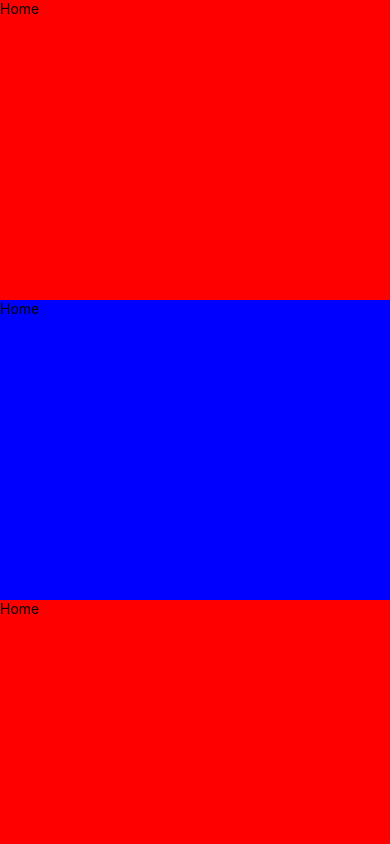
Repository: raisingh22/NetFlixClone
Screen: /
The author's editor kept a copy of each file at every save. The screen is drawn from the files as they stood at one save, then again after the next save.
An inner scrolling area shows only its first screen. The app was drawn by React Native's web renderer in a window 390 px wide. The project was rebuilt for these pictures with package versions that can differ from the ones it lists, and the page was loaded fresh each time.

Above is the screen before, as saved 2024-01-12 18:48:58.

### App.js
import { View, Text } from 'react-native'
import React from 'react'

import { NavigationContainer } from '@react-navigation/native';
import AppNavigator from './src/navigator/AppNavigator';
const App = () => {
  return (
   <NavigationContainer>
    <AppNavigator/>
   </NavigationContainer>
  )
}

export default App

### src/navigator/AppNavigator.js
import { View, Text } from 'react-native'
import React from 'react'
import { createNativeStackNavigator } from '@react-navigation/native-stack';
import Home from '../screens/Home/Home';
import Splash from '../screens/Splash/Splash';

const Stack = createNativeStackNavigator();
const AppNavigator = () => {
  return (
    <Stack.Navigator initialRouteName='Splash' screenOptions={{
      headerShown: false
    }}>
      <Stack.Screen name="Home" component={Home} />
      <Stack.Screen name='Splash' component={Splash} />
    </Stack.Navigator>
  )
}

export default AppNavigator

### src/screens/Home/Home.js
import { Dimensions, ScrollView, StyleSheet, Text, View } from 'react-native'
import React from 'react'
import { myColor } from '../../utils/Theme'

const Home = () => {
  return (
    <View style={styles.container}>
      <ScrollView style={styles.scrollView}>
        <View style={{
          backgroundColor:'red',
          // width:"300%",
          // flex:1,
          height:300
        }}>
        <Text style={{color: myColor.primary}}>Home</Text>
        </View>
        <View style={{
          backgroundColor:'blue',
          // width:"300%",
          // flex:1,
          height:300
        }}>
        <Text style={{color: myColor.primary}}>Home</Text>
        </View>
        <View style={{
          backgroundColor:'red',
          // width:"300%",
          // flex:1,
          height:300
        }}>
        <Text style={{color: myColor.primary}}>Home</Text>
        </View>

      </ScrollView>
    </View>
  )
}

export default Home

const styles = StyleSheet.create({
  container: {
    flex: 1,
    backgroundColor: myColor.primary

  },
  scrollView: {
flex:1
  }
})

### src/screens/Splash/Splash.js
import { Image, SafeAreaView, StatusBar, StyleSheet, Text, View } from 'react-native'
import React, { useEffect } from 'react'
import { myColor } from '../../utils/Theme'

const Splash = ({navigation}) => {
    // const navigation =useNavigation();
    useEffect(() => {
     setTimeout(() => {
navigation.replace('Home')
     },3000)
    }, [])

    return (
        // <SafeAreaView>
            <View style={styles.container}>
                <StatusBar backgroundColor={'transparent'}  />
                <Image
                    style={styles.logo}
                    resizeMode='center'
                    source={{ uri: 'https://media.zenfs.com/en/hypebeast_936/55dd2178cbbd27b2cdba3f8985a08d48' }}
                />
            </View>

    )
}

export default Splash

const styles = StyleSheet.create({
    container: {
        backgroundColor: '#000',
        flex: 1,
        justifyContent: 'center',
        alignItems: 'center',
    },
    logo: {
        width: "70%",
        height: "100%",
    }
})

### src/utils/Theme.js
export const myColor = {
    primary : '#000',
    secondary : '#ffff'
}

After the next save:
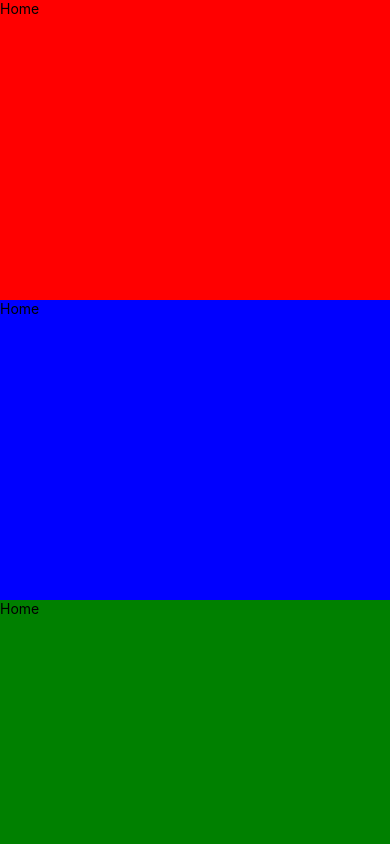
Saved 5 s later.
--- a/src/screens/Home/Home.js
+++ b/src/screens/Home/Home.js
@@ -23,7 +23,7 @@ const Home = () => {
         <Text style={{color: myColor.primary}}>Home</Text>
         </View>
         <View style={{
-          backgroundColor:'red',
+          backgroundColor:'green',
           // width:"300%",
           // flex:1,
           height:300
